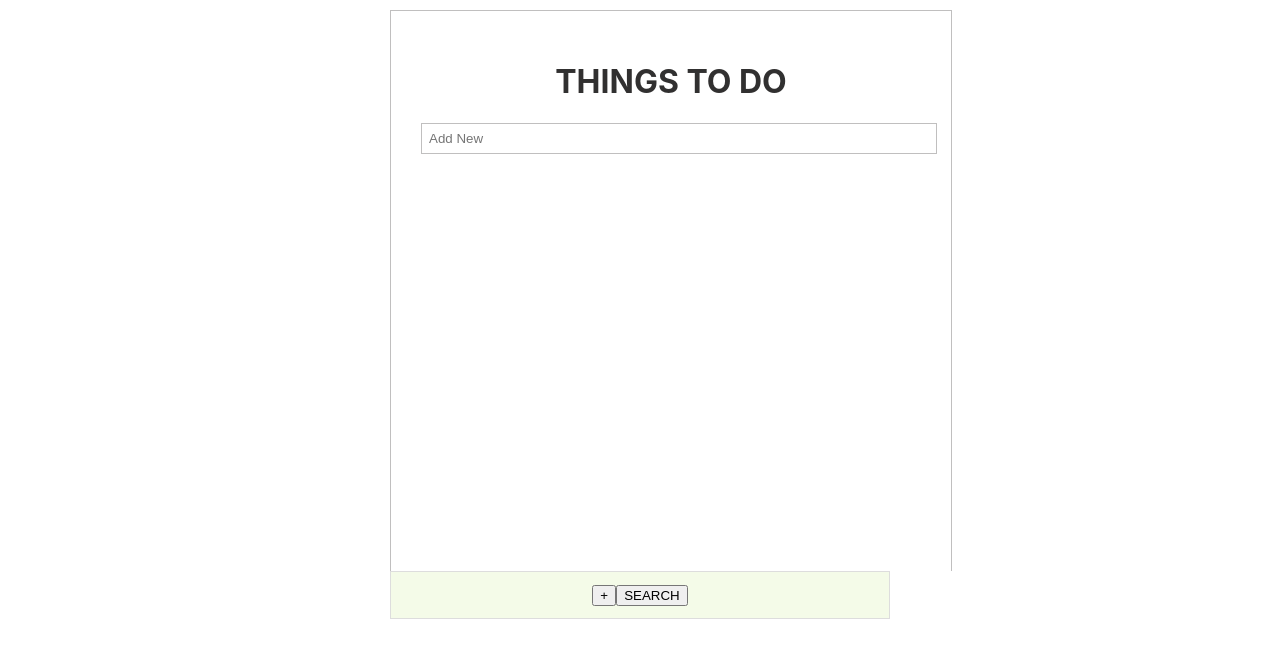
Repository: kirangautam45/To-Do-Application
Page: /
The author's editor kept a copy of each file at every save. The page is drawn from the files as they stood at one save, then again after the next save.
The browser window is 1280 px wide. The pictures show the whole page.
The project was rebuilt for these pictures with package versions that can differ from the ones it lists, and the page was loaded fresh each time.

Above is the page before, as saved 2022-08-11 12:17:31.

### src/App.js
import './App.css';

function App() {
  return (
    <div>
      <div className='Body'>
      <div className='To_Body'>
        <h1 className='Header'> THINGS TO DO</h1>
        <input className='Input_text' placeholder='Add New' />
        </div>
        <div className='Wrapper_Icon_group'>
          <div  className='Icon_group'>
          <button className=''>+</button>
          <button>SEARCH</button>
          </div>
          </div>
        </div>
    </div>
  );
}

export default App;

### src/App.css
.Body {
  background-color: #ccc;
  width: 500px;
 margin: 10px auto;
display: 'flex';
text-align: center;
content: normal;


}
.Header{
  text-align: center;
  color:rgb(49, 48, 48);
}
.To_Body{
min-width: 500px;
min-height: 500px ;
justify-content: center;
background-color: #ffffff;
padding: 30px;
border: 1px rgb(192, 191, 191);
    border-top-style: none;
    border-right-style: none;
    border-left-style: none;
border-style: solid solid none;
}
.Input_text{
  outline: none;
  width: 100%;
  padding: 7px;
  border: 1px solid  rgb(192, 191, 191);
  margin-bottom: 2%;
}
.Icon_group{
  height: auto;
  width: auto;
justify-content: space-between;
border: 1px solid #ddd;
background-color: #f4fbe8;
padding: 12px 20px;
font-weight: 300
}
.Icon_group {
  height: auto;
  width: auto;
  align-items: left;
}

Loaded but not shown: public/index.html (common file); src/index.js (common file); src/index.css (common file)

After the next save:
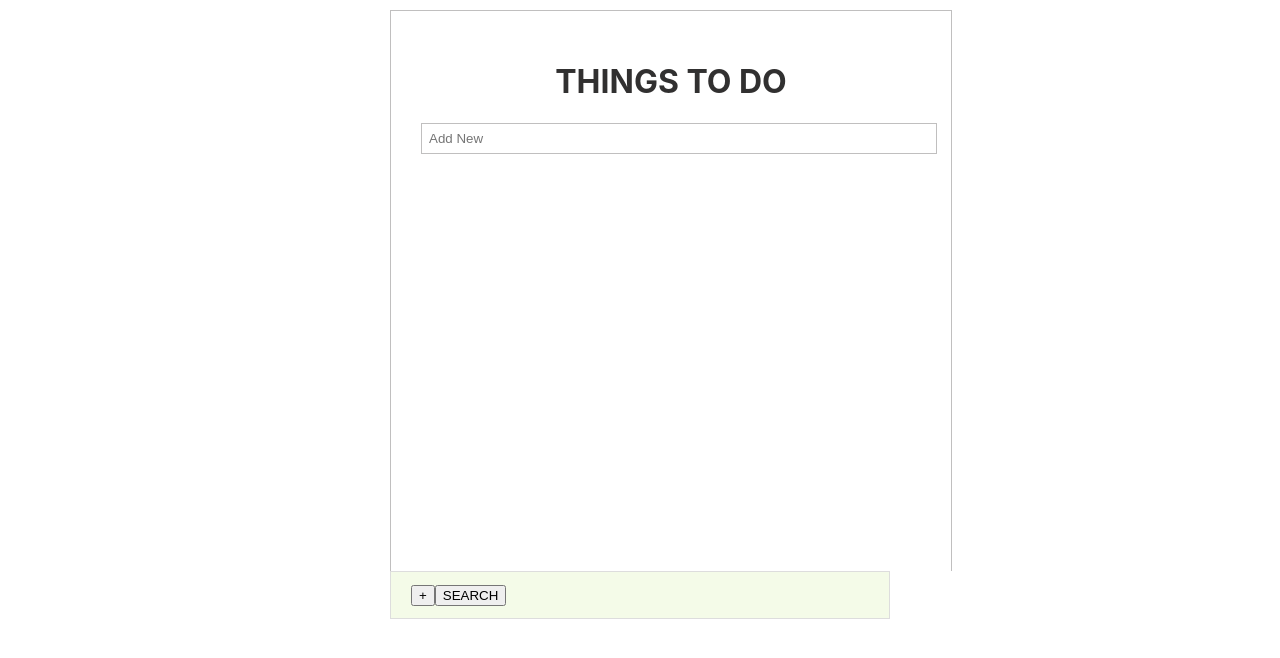
Saved 5 min 45 s later.
--- a/src/App.css
+++ b/src/App.css
@@ -3,8 +3,6 @@
   width: 500px;
  margin: 10px auto;
 display: 'flex';
-text-align: center;
-content: normal;
 
 
 }
